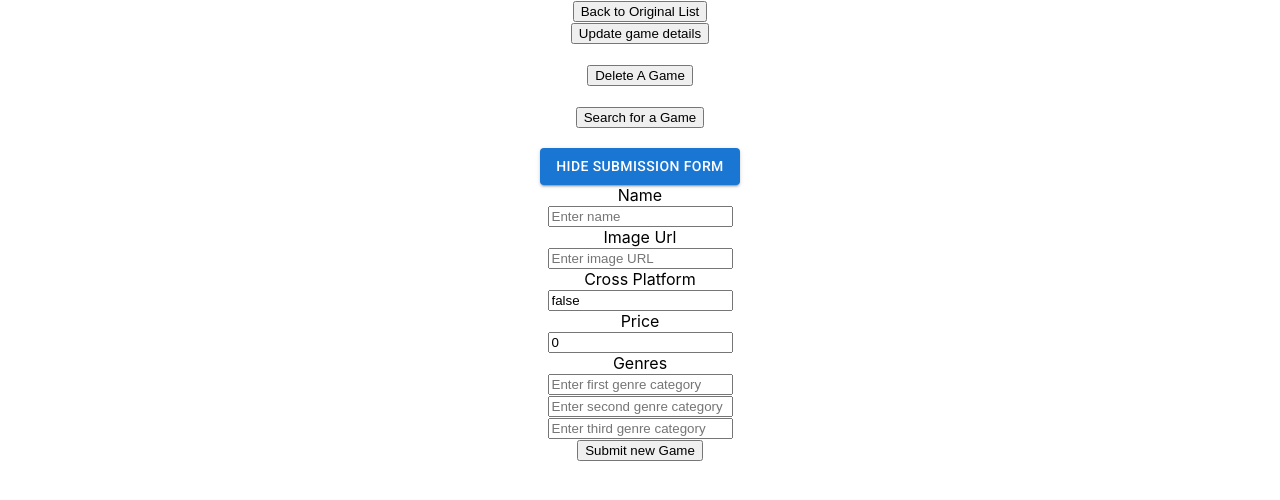
Repository: The-Software-Guild/assessment-2-react-nj10deadend
Page: / (app in Part-2/React-section/frontend/), after clicking the first element matching `button.MuiButtonBase-root`
An editor plug-in stored every save of this project. The page is shown before and after the next save, followed by the edit.
The browser window is 1280 px wide. The pictures show the whole page.
The page's requests for data from a server got no answer. The project was rebuilt for these pictures with package versions that can differ from the ones it lists, and the page was loaded fresh each time. No one was signed in, and anything a server would have sent is missing. Also part of the build but not shown: Part-2/React-section/frontend/src/components/GameCards.js.

Above is the page before, as saved 2021-12-19 16:09:01.

After the next save:
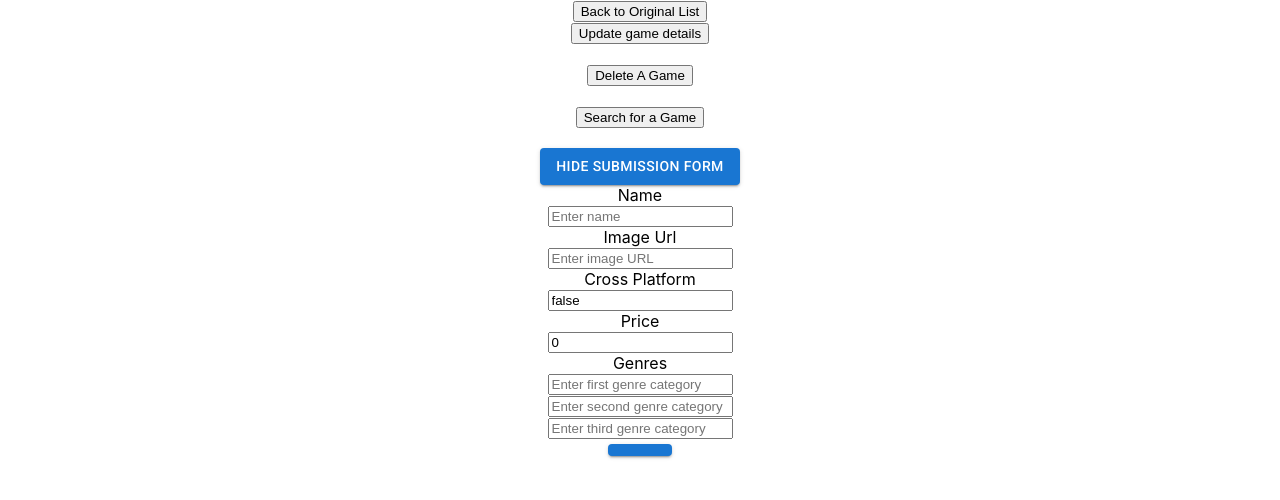
Saved 79 s later.
--- a/Part-2/React-section/frontend/src/components/AddGameForm.js
+++ b/Part-2/React-section/frontend/src/components/AddGameForm.js
@@ -87,7 +87,7 @@ function AddGameForm ({setGameData}) {
                         <input type="text" name="genre3" placeholder="Enter third genre category" id="genre3"
                         value={genres[2]} onChange={(event) => {setGenres([genres[0], genres[1], event.target.value])}}/>
                     </div>
-                    <input variant="contained" type="submit" value="Submit new Game"/>
+                    <Button variant="contained" type="submit" value="Submit new Game"></Button>
 
                 </form>
             )}
